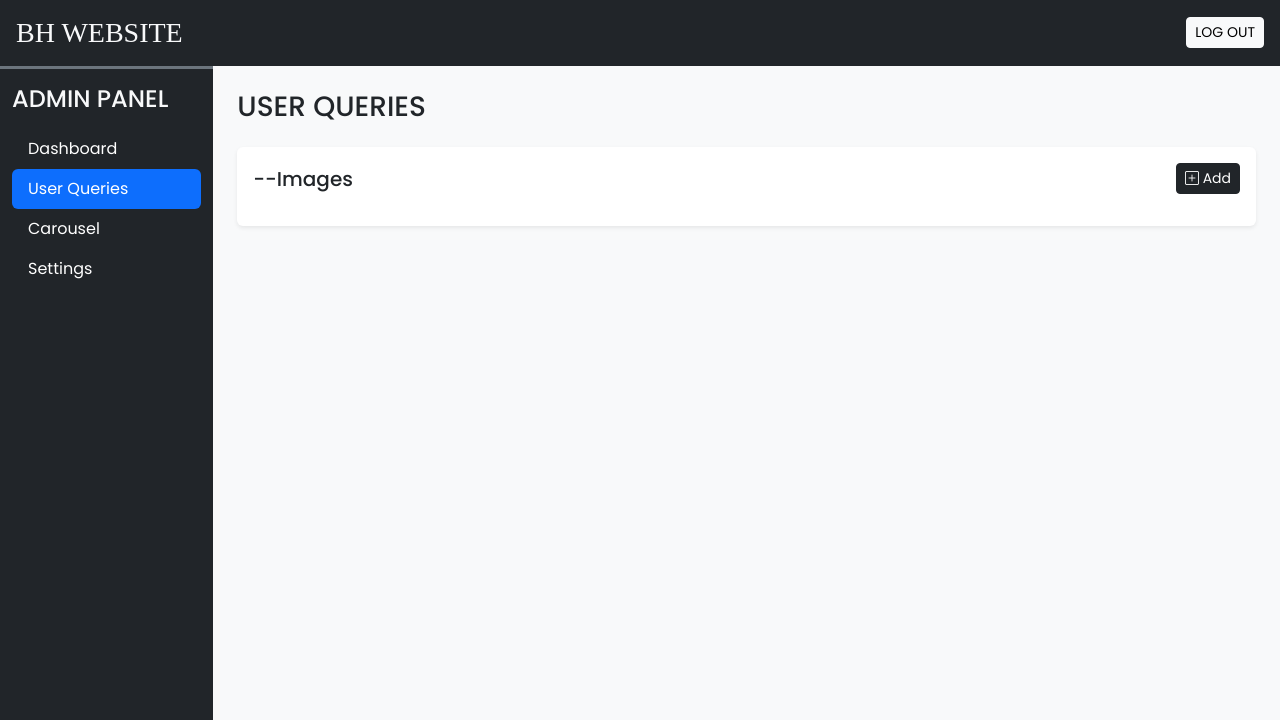
Repository: ntruong0906/desktop-tutorial
Page: http://localhost/hbwebsite/WebsiteBookingHotel/admin/user_queries.php
An editor plug-in stored every save of this project. The page is shown before and after the next save, followed by the edit.
The browser window is 1280 px wide. The pictures show the whole page.
Some web fonts or font styles are not loaded; a fallback is used. The page is run by PHP 8.4 with error messages shown; the project is at /var/www/html/. The session is filled in as if someone had signed in: {"adminLogin": true, "adminId": 1}. Other server files are loaded and not shown.

Above is the page before, as saved 2024-05-06 22:18:42.

### WebsiteBookingHotel/admin/user_queries.php
<?php
require ('inc/essentials.php');
require ('inc/db_config.php');
adminLogin();

?>

<!DOCTYPE html>
<html lang="en">

<head>
    <meta charset="UTF-8">
    <meta http-equiv="X-UA-Compatible" content="IE-edge">
    <meta name="viewport" content="width=device-width, initial-scale=1.0">
    <title>Admin Panel - User Queries</title>
    <?php require ('inc/links.php'); ?>
</head>
<style>
.custom-alert {
    position: fixed;
    top: 80px;
    right: 25px;
}

#dashboard-menu {
    position: fixed;
    height: 100%;
}
</style>

<body class="bg-light">

    <?php require ('inc/header.php'); ?>

    <div class="container-fluid" id="main-content">
        <div class="row">
            <div class="col-lg-10 ms-auto p-4 overflow-hidden">
                <h3 class="mb-4">USER QUERIES</h3>

                <!--Carousel section -->
                <div class="card border-0 shadow-sm mb-4">
                    <div class="card-body">
                        <div class="d-flex align-items-center justify-content-between mb-3">
                            <h5 class="card-title m-0">--Images</h5>
                            <button type="button" class="btn btn-dark shadow-none btn-sm" data-bs-toggle="modal"
                                data-bs-target="#carousel-s">
                                <i class="bi bi-plus-square"></i> Add
                            </button>
                        </div>
                        <div class="row" id="carousel-data">
                            <div class="col-md-2 mb-3">
                                <div class="card bg-dark text white">
                                    <img src="../images/about/staff.svg" class="card-img">
                                    <div class="card-img-overlay text-end">
                                        <button type="button" class="btn btn-danger btn-sm shadow-none">
                                            <i class="bi bi-trash"></i> Delete
                                        </button>
                                    </div>
                                    <p class="card-text text-center px-3 py-2">Random Name</p>
                                </div>
                            </div>
                        </div>
                    </div>
                </div>


                <!--Carousel modal -->
                <div class="modal fade" id="carousel-s" data-bs-backdrop="static" data-bs-keyboard="true" tabindex="-1"
                    aria-labelledby="staticBackdropLabel" aria-hidden="true">
                    <div class="modal-dialog">
                        <form id="carousel_s_form">
                            <div class="modal-content">
                                <div class="modal-header">
                                    <h1 class="modal-title fs-5">ADD Image</h1>
                                    <button type="button" class="btn-close" data-bs-dismiss="modal"
                                        aria-label="Close"></button>
                                </div>
                                <div class="modal-body">

                                    <div class="mb-3">
                                        <label class="form-label fw-bold">Picture</label>
                                        <input type="file" name="carousel_picture" id="carousel_picture_inp"
                                            accept=".jpg, .png , .webp , .jpeg" class="form-control shadow-none"
                                            required>
                                    </div>
                                </div>
                                <div class="modal-footer">
                                    <button type="button" onclick="carousel_picture.value=''"
                                        class="btn text-secondary shadow-none" data-bs-dismiss="modal">CANCEL</button>
                                    <button type="submit" class="btn custom-bg text-white shadow-none">SUBMIT</button>
                                </div>
                            </div>
                        </form>
                    </div>
                </div>
            </div>
        </div>
    </div>

    <?php require ('inc/scripts.php'); ?>
    <script src="scripts/carousel.js"> </script>
</body>

</html>

### WebsiteBookingHotel/admin/inc/essentials.php
<?php

define ('SITE_URL','http://127.0.0.1/hbwebsite/');
define ('ABOUT_IMG_PATH',SITE_URL.'images/about/');
define ('CAROUSEL_IMG_PATH',SITE_URL.'images/carousel/');



define ('UPLOAD_IMAGE_PATH',$_SERVER['DOCUMENT_ROOT'].'/hbwebsite/images/');
define ('ABOUT_FOLDER','about/');
define ('CAROUSEL_FOLDER','carousel/');
function adminLogin()
{
    session_start();
    if (!isset($_SESSION['adminLogin']) && $_SESSION['adminLogin'] == true) {
        echo "<script>
            window.location.href='index.php';
        </script>";
    }

}
function redirect($url)
{
    echo "<script>
            window.location.href='$url';
        </script>";
}

function alert($type, $msg)
{
    $bs_class = ($type == "success") ? "alert-success" : "alert-danger";
    echo <<<alert
                <div class="alert $bs_class alert-dismissible fade show custom-alert" role="alert">
                    <strong class="me-3">$msg</strong>
                    <button type="button" class="btn-close" data-bs-dismiss="alert" aria-label="Close"></button>
                </div>
            alert;
}

function uploadImage($image,$folder){
    $valid_mime = ['image/jpeg','image/pnp','image/webp'];
    $img_mime = $image['type'];
    if(!in_array($img_mime,$valid_mime)){
        return 'ivn_img';
    }else if(($image['size']/(1024*1024))> 2){
        return 'ivn_size';
    }else{
        $ext = pathinfo($image['name'],PATHINFO_EXTENSION);
        $rname = 'IMG_'.random_int(11111,99999).".$ext";
        $img_path = UPLOAD_IMAGE_PATH.$folder.$rname;
        if(move_uploaded_file($image['tmp_name'],$img_path)){
            return $rname;
        }
        else{
            return 'udp_failed';
        }
    }
}


function deleteImage($image , $folder){
    if(unlink(UPLOAD_IMAGE_PATH.$folder.$image)){
        return true;
    }else{
        return false;
    }
}
?>

### WebsiteBookingHotel/admin/inc/db_config.php
<?php
$hname = 'localhost';
$uname = 'root';
$pass = "";
$db = "hbwebsite";

$con = mysqli_connect($hname, $uname, $pass, $db);

if (!$con) {
    die("Cannot Connect to Database" . mysqli_connect_error());
}

function filteration($data)
{
    foreach ($data as $key => $value) {
        $value = trim($value);
        $value = stripcslashes($value);
        $value = strip_tags($value);
        $value = htmlspecialchars($value);
        $data[$key] = $value;
    }
    return $data;
}

function selectAll($table){
    $con = $GLOBALS['con'];
    $res = mysqli_query($con,"SELECT * FROM $table");
    return $res;
}
function select($sql, $values, $datatype)
{
    $con = $GLOBALS['con'];
    if ($stmt = mysqli_prepare($con, $sql)) {
        mysqli_stmt_bind_param($stmt, $datatype,...$values);
        if (mysqli_stmt_execute($stmt)) {
            $res = mysqli_stmt_get_result($stmt);
            mysqli_stmt_close($stmt);
            return $res;
        } else {
            mysqli_stmt_close($stmt);
            die("Query cannot be excuted - Select");
        }
    } else {
        die("Query cannot be executed - Select");
    }
}

function update($sql, $values, $datatypes)
{
    $con = $GLOBALS['con'];
    if ($stmt = mysqli_prepare($con, $sql)) {
        mysqli_stmt_bind_param($stmt, $datatypes,...$values);
        if (mysqli_stmt_execute($stmt)) {
            $res = mysqli_stmt_affected_rows($stmt);
            mysqli_stmt_close($stmt);
            return $res;
        } else {
            mysqli_stmt_close($stmt);
            die("Query cannot be executed - Update");
        }
    } else {
        die("Query cannot be executed - Update");
    }
}

function insert($sql, $values, $datatypes)
{
    $con = $GLOBALS['con'];
    if ($stmt = mysqli_prepare($con, $sql)) {
        mysqli_stmt_bind_param($stmt, $datatypes,...$values);
        if (mysqli_stmt_execute($stmt)) {
            $res = mysqli_stmt_affected_rows($stmt);
            mysqli_stmt_close($stmt);
            return $res;
        } else {
            mysqli_stmt_close($stmt);
            die("Query cannot be executed - Insert");
        }
    } else {
        die("Query cannot be executed - Insert");
    }
}

function delete($sql, $values, $datatypes)
{
    $con = $GLOBALS['con'];
    if ($stmt = mysqli_prepare($con, $sql)) {
        mysqli_stmt_bind_param($stmt, $datatypes,...$values);
        if (mysqli_stmt_execute($stmt)) {
            $res = mysqli_stmt_affected_rows($stmt);
            mysqli_stmt_close($stmt);
            return $res;
        } else {
            mysqli_stmt_close($stmt);
            die("Query cannot be executed - Delete");
        }
    } else {
        die("Query cannot be executed - Delete");
    }
}
?>

### WebsiteBookingHotel/admin/inc/links.php
<link href="https://cdn.jsdelivr.net/npm/bootstrap@5.3.3/dist/css/bootstrap.min.css" rel="stylesheet"
    integrity="sha384-QWTKZyjpPEjISv5WaRU9OFeRpok6YctnYmDr5pNlyT2bRjXh0JMhjY6hW+ALEwIH" crossorigin="anonymous">
<link href="https://fonts.googleapis.com/css2?family=Merienda:wght@400;700&family=Poppins:wght@400;500;600&display=swap"
    rel="stylesheet">
<link rel="stylesheet" href="https://cdn.jsdelivr.net/npm/bootstrap-icons@1.11.3/font/bootstrap-icons.min.css">
<link rel="stylesheet" href="css/common.css">

### WebsiteBookingHotel/admin/inc/header.php
<div class="container-fluid bg-dark text-light p-3 d-flex align-items-center justify-content-between sticky-top">
    <h3 class="mb-0 h-font">BH WEBSITE</h3>
    <a href="logout.php" class="btn btn-light btn-sm">LOG OUT</a>
</div>

<div class="col-lg-2 bg-dark border-top border-3 border-secondary " id="dashboard-menu">
    <nav class="navbar navbar-expand-lg navbar-dark">
        <div class="container-fluid flex-lg-column align-items-stretch">
            <h4 class="mt-2 text-light">ADMIN PANEL</h4>
            <button class="navbar-toggler shadow-none" type="button" data-bs-toggle="collapse"
                data-bs-target="#adminDropdown" aria-controls="navbarNav" aria-expanded="false"
                aria-label="Toggle navigation">
                <span class="navbar-toggler-icon"></span>
            </button>
            <div class="collapse navbar-collapse flex-column align-items-stretch mt-2" id="adminDropdown">

                <ul class="nav nav-pills flex-column">
                    <li class="nav-item">
                        <a class="nav-link text-white" href="dashboard.php">Dashboard</a>
                    </li>
                    <li class="nav-item">
                        <a class="nav-link text-white" href="user_queries.php">User Queries</a>
                    </li>
                    <li class="nav-item">
                        <a class="nav-link text-white" href="carousel.php">Carousel</a>
                    </li>
                    <li class="nav-item">
                        <a class="nav-link text-white" href="settings.php
                            ">Settings</a>
                    </li>
                </ul>
            </div>
        </div>
        <nav>
</div>

### WebsiteBookingHotel/admin/inc/scripts.php
<script src="https://cdn.jsdelivr.net/npm/bootstrap@5.3.3/dist/js/bootstrap.bundle.min.js"
    integrity="sha384-YvpcrYf0tY3lHB60NNkmXc5s9fDVZLESaAA55NDzOxhy9GkcIdslK1eN7N6jIeHz" crossorigin="anonymous">
</script>

<script>
function alert(type, msg) {
    let bs_class = (type == 'success') ? 'alert-success' : 'alert-danger';
    let element = document.createElement('div');
    element.innerHTML = `
                <div class="alert ${bs_class} alert-dismissible fade show custom-alert" role="alert">
                        <strong class="me-3">${msg}</strong>
                        <button type="button" class="btn-close" data-bs-dismiss="alert" aria-label="Close"></button>
                </div>
                `;
    document.body.append(element);
}

function setActive() {
    let navbar = document.getElementById('dashboard-menu');
    let a_tags = navbar.getElementsByTagName('a');
    for (i = 0; i < a_tags.length; i++) {
        let file = a_tags[i].href.split('/').pop();
        let file_name = file.split('.')[0];
        if (document.location.href.indexOf(file_name) >= 0) {
            a_tags[i].classList.add('active')
        }
    }
}
setActive();
</script>

### WebsiteBookingHotel/admin/css/common.css
:root{
    --teal: #2ec1ac;
    --teal_hover: #279e8c;
}

* {
    font-family: 'Poppins', sans-serif;
}

.h-font {
    font-family: 'Merienda', cursive;
}

input::-webkit-outer-spin-button,
input::-webkit-inner-spin-button {
    -webkit-appearance: none;
    margin: 0;
}

/* input[type=number] {
    -moz-appearance: textfield;
} */

.custom-bg {
    background-color: var(--teal);
    border: 1px solid var(--teal);
}

.custom-bg:hover {
    background-color: var(--teal_hover);
    border-color: var(--teal_hover);
}

.availability-form {
    margin-top: -50px;
    z-index: 2;
    position: relative;
}
.h-line{
    width: 150px ;
    margin: 0 auto;
    height: 1.7px;
}

.custom-alert{
    position: fixed;
    top: 80px;
    right: 25px;
}
#dashboard-menu{
    position:fixed;
    height: 100%;
    z-index: 11;
}

@media screen and (max-width :991px){
    #dashboard-menu{
        height: auto;
        width: 100%;
    }
    #main-content{
        margin-top: 60px;
    }
}

### WebsiteBookingHotel/admin/ajax/settings_crud.php
<?php

    require('../inc/essentials.php');
    require('../inc/db_config.php');

    adminLogin();

    if(isset($_POST['get_general']))
    {
        $q = "SELECT * FROM `settings` WHERE `sr_no` =?";
        $values = [1];
        $res = select($q,$values,"i");
        $data = mysqli_fetch_assoc($res);
        $json_data = json_encode($data);
        echo $json_data;
    }

    if(isset($_POST['upd_general']))
    {
        $frm_data = filteration($_POST);

        $q = "UPDATE `settings` SET `site_title` =?, `site_about` =? WHERE `sr_no` =?";
        $values = [$frm_data['site_title'],$frm_data['site_about'],1];
        $res = update($q,$values,'ssi');
        echo $res;
    }

    if(isset($_POST['upd_shutdown']))
    {
        $frm_data = ($_POST['upd_shutdown'] == 0) ? 1 : 0;

        $q = "UPDATE `settings` SET `shutdown` =? WHERE `sr_no` =?";
        $values = [$frm_data,1];
        $res = update($q,$values,'ii');
        echo $res;
    }

    if(isset($_POST['get_contacts']))
    {
        $q = "SELECT * FROM `contact_details` WHERE `sr_no` =?";
        $values = [1];
        $res = select($q,$values,"i");
        $data = mysqli_fetch_assoc($res);
        $json_data = json_encode($data);
        echo $json_data;
    }

    if(isset($_POST['upd_contacts']))
    {
        $frm_data = filteration($_POST);

        $q = "UPDATE `contact_details` SET `address` =?, `google_map` = ?,`pn1` = ?,`pn2` = ?,`email` = ? ,`fb`= ?,`ytb` = ? ,`ins` =?,`iframe` =? WHERE `sr_no` =?";
        $values = [$frm_data['address'],$frm_data['google_map'],$frm_data['pn1'],$frm_data['pn2'],$frm_data['email'],$frm_data['fb'],$frm_data['ytb'],$frm_data['ins'],$frm_data['iframe'],1];
        $res = update($q,$values,'sssssssssi');
        echo $res;
    }

    if(isset($POST['add_member'])){
        $frm_data = filteration($_POST);

        $img_r = uploadImage($_FILES['picture'],ABOUT_FOLDER);
        if($img_r == 'inv_img'){
            echo $img_r;
        }else if($img_r == 'inv_size'){
            echo $img_r;
        }else if($img_r == 'udp_failed'){
            echo $img_r;
        }else{
            $q = "INSERT INTO `team_details`(`name`,`picture`) VALUES (?,?)";
            $values = [$frm_data['name'],$img_r];
            $res = insert($q,$values,'ss');
            echo $res;
        }
    }


    if(isset($_POST['get_members'])){
        $res = selectAll('team_details');

        while($row = mysqli_fetch_assoc($res)){
            $path = ABOUT_IMG_PATH;
            echo <<<data
            <div class="col-md-2 mb-3">
            <div class="card bg-dark text white">
                <img src="$path$row[picture]" class="card-img">
                <div class="card-img-overlay text-end">
                    <button type="button"  onclick="rem_member($row[sr_no])" class="btn btn-danger btn-sm shadow-none">
                        <i class="bi bi-trash"></i> Delete
                    </button>
                </div>
                <p class="card-text text-center px-3 py-2">Random Name</p>
            </div>
        </div>
        data;
        }
    }

    if(isset($_POST['rem_member'])){
        $frm_data = filteration($_POST);
        $values = [$frm_data['rem_member']];

        $pre_q = "SELECT * FROM `team_details` WHERE `sr_no` = ?";
        $res = select($pre_q,$values,'i');
        $img = mysqli_fetch_assoc($res);

        if(deleteImage($img['picture'],ABOUT_FOLDER)){
            $q = "DELETE FROM `team_details` WHERE `sr_no`=?";
            $res = delete($q,$values,'i');
            echo $res;
        }else{
            echo 0;
        }
    }
?>

Loaded but not shown: WebsiteBookingHotel/images/about/staff.svg (110 lines, source omitted); WebsiteBookingHotel/admin/scripts/carousel.js (70 lines, source omitted)

After the next save:
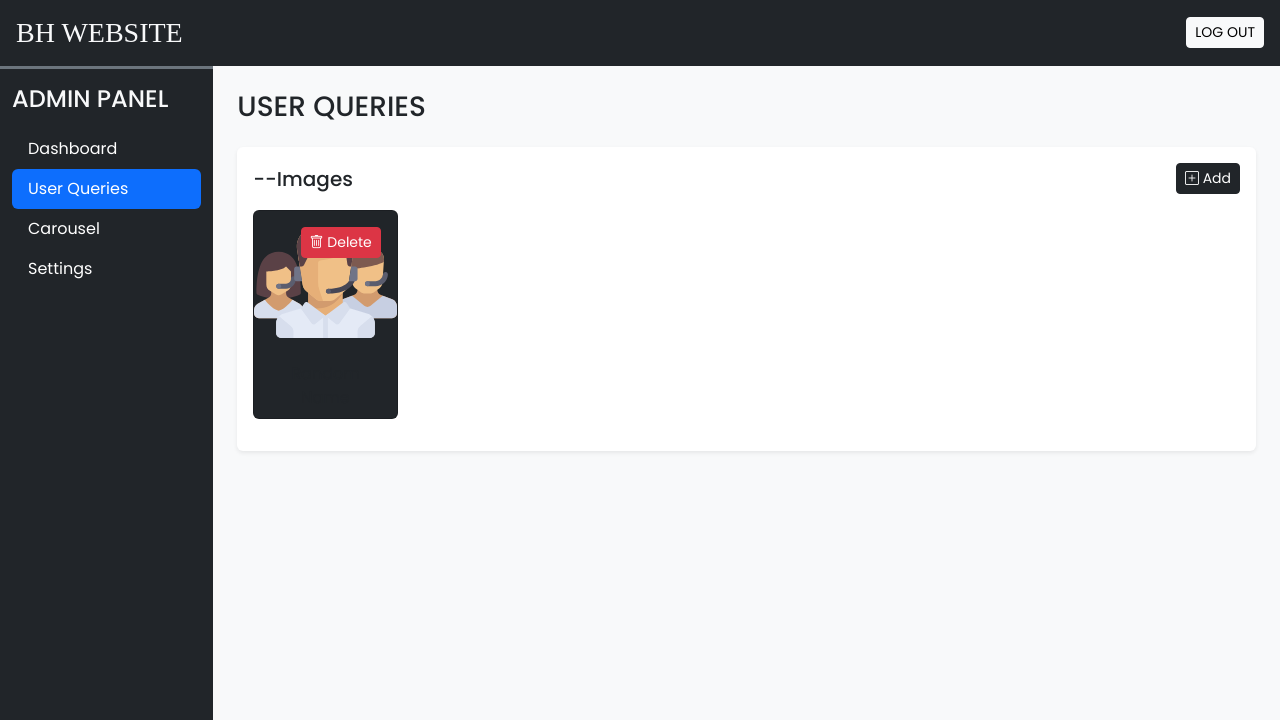
Console error: TypeError: Cannot read properties of null (reading 'addEventListener')
Saved 22 s later.
--- a/WebsiteBookingHotel/admin/user_queries.php
+++ b/WebsiteBookingHotel/admin/user_queries.php
@@ -62,37 +62,6 @@
                         </div>
                     </div>
                 </div>
-
-
-                <!--Carousel modal -->
-                <div class="modal fade" id="carousel-s" data-bs-backdrop="static" data-bs-keyboard="true" tabindex="-1"
-                    aria-labelledby="staticBackdropLabel" aria-hidden="true">
-                    <div class="modal-dialog">
-                        <form id="carousel_s_form">
-                            <div class="modal-content">
-                                <div class="modal-header">
-                                    <h1 class="modal-title fs-5">ADD Image</h1>
-                                    <button type="button" class="btn-close" data-bs-dismiss="modal"
-                                        aria-label="Close"></button>
-                                </div>
-                                <div class="modal-body">
-
-                                    <div class="mb-3">
-                                        <label class="form-label fw-bold">Picture</label>
-                                        <input type="file" name="carousel_picture" id="carousel_picture_inp"
-                                            accept=".jpg, .png , .webp , .jpeg" class="form-control shadow-none"
-                                            required>
-                                    </div>
-                                </div>
-                                <div class="modal-footer">
-                                    <button type="button" onclick="carousel_picture.value=''"
-                                        class="btn text-secondary shadow-none" data-bs-dismiss="modal">CANCEL</button>
-                                    <button type="submit" class="btn custom-bg text-white shadow-none">SUBMIT</button>
-                                </div>
-                            </div>
-                        </form>
-                    </div>
-                </div>
             </div>
         </div>
     </div>

After the 2 saves that followed:
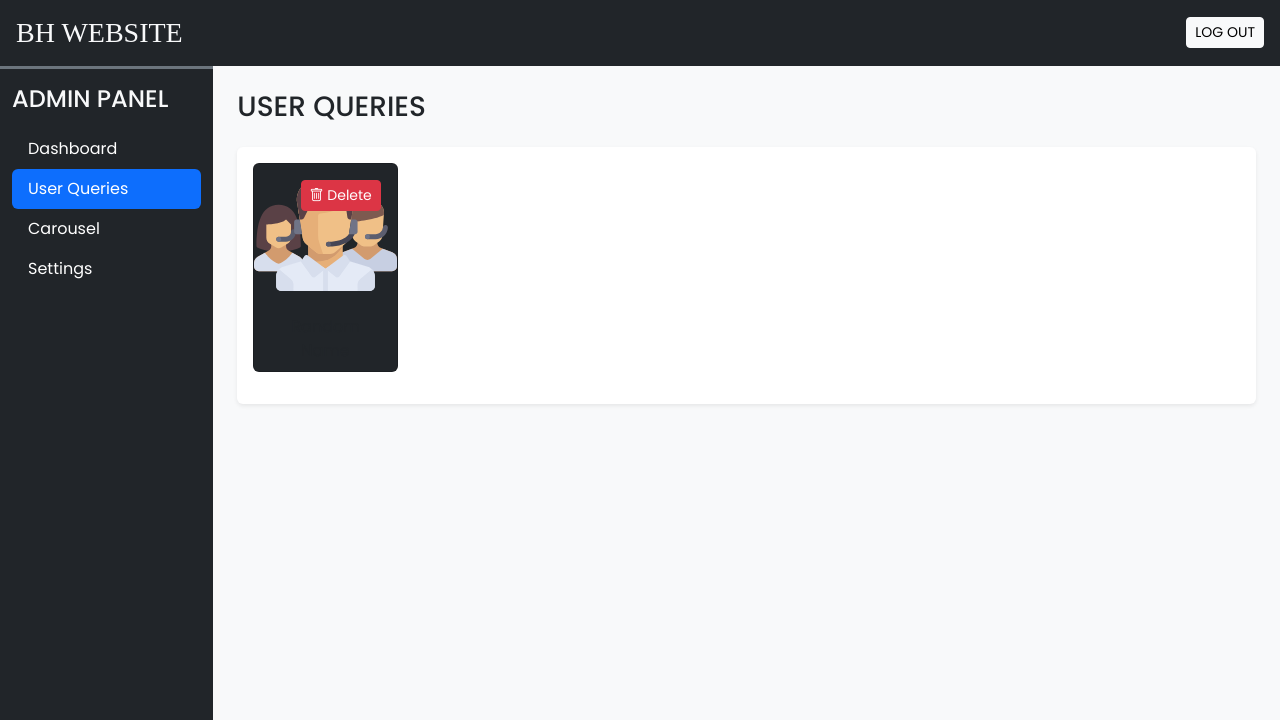
The error is gone.
The 2 saves are shown as one change because 1 left the picture as it was.
The last was saved 66 s later.
--- a/WebsiteBookingHotel/admin/user_queries.php
+++ b/WebsiteBookingHotel/admin/user_queries.php
@@ -40,13 +40,6 @@
                 <!--Carousel section -->
                 <div class="card border-0 shadow-sm mb-4">
                     <div class="card-body">
-                        <div class="d-flex align-items-center justify-content-between mb-3">
-                            <h5 class="card-title m-0">--Images</h5>
-                            <button type="button" class="btn btn-dark shadow-none btn-sm" data-bs-toggle="modal"
-                                data-bs-target="#carousel-s">
-                                <i class="bi bi-plus-square"></i> Add
-                            </button>
-                        </div>
                         <div class="row" id="carousel-data">
                             <div class="col-md-2 mb-3">
                                 <div class="card bg-dark text white">
@@ -67,7 +60,6 @@
     </div>
 
     <?php require ('inc/scripts.php'); ?>
-    <script src="scripts/carousel.js"> </script>
 </body>
 
 </html>
